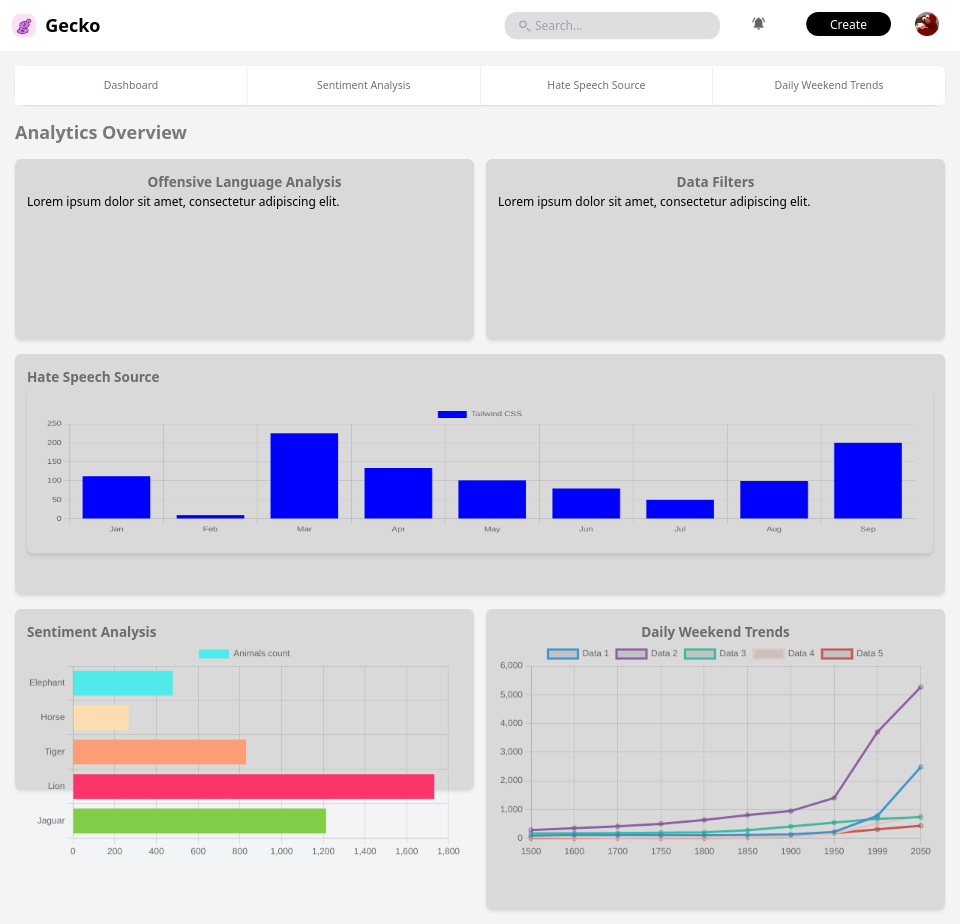
Repository: theamgri/thesis-website-nextjs
Page: website.html
The author's editor kept a copy of each file at every save. The page is drawn from the files as they stood at one save, then again after the next save.
The browser window is 1280 px wide. The pictures show the whole page, at 75% of full size.

Above is the page before, as saved 2023-10-04 08:23:06.

### website.html
<!DOCTYPE html>
<html lang="en">
<head>
    <meta charset="UTF-8">
    <meta name="viewport" content="width=device-width, initial-scale=1.0">
    <title>Gecko</title>
    <link rel="icon" type="image/x-icon" href="/images/icon.png">
    <link href="https://cdn.jsdelivr.net/npm/tailwindcss@2.2.19/dist/tailwind.min.css" rel="stylesheet">


</head>
<body class="bg-gray-100">

<nav class="bg-white drop-shadow-2xl border-gray-200 dark:bg-gray-900">
    <div class="flex flex-wrap items-center justify-between mx-auto p-4">
      <a href="." class="flex items-center">
          <img src="images/icon.png" class="h-8 mr-3 rounded-xl" alt="Logo" />
          <span class="self-center text-2xl font-semibold whitespace-nowrap dark:text-white">Gecko</span>
      </a>
      <button data-collapse-toggle="navbar-default" type="button" class="inline-flex items-center p-2 w-10 h-10 justify-center text-sm text-gray-500 rounded-lg md:hidden hover:bg-gray-100 focus:outline-none focus:ring-2 focus:ring-gray-200 dark:text-gray-400 dark:hover:bg-gray-700 dark:focus:ring-gray-600" aria-controls="navbar-default" aria-expanded="false">
          <span class="sr-only">Open main menu</span>
          <svg class="w-5 h-5" aria-hidden="true" xmlns="http://www.w3.org/2000/svg" fill="none" viewBox="0 0 17 14">
              <path stroke="currentColor" stroke-linecap="round" stroke-linejoin="round" stroke-width="2" d="M1 1h15M1 7h15M1 13h15"/>
          </svg>
      </button>
      <div class="hidden w-full md:block md:w-auto drop-shadow-2xl" id="navbar-default">
        <ul class="font-medium flex flex-col p-4 md:p-0 mt-4 border border-gray-100 rounded-lg bg-gray-50 md:flex-row md:space-x-8 md:mt-0 md:border-0 md:bg-white dark:bg-gray-800 md:dark:bg-gray-900 dark:border-gray-700">
            <li>
                <div class="relative">
                    <input
                        type="text"
                        placeholder="Search..."
                        class="block w-full py-2 pl-10 pr-4 leading-5 rounded-2xl shadow-sm focus:ring focus:ring-blue-200 border-gray-300" style="background-color: #DEDEDE;"
                    />
                    <div class="absolute inset-y-0 left-0 pl-4 flex items-center pointer-events-none">
                        <svg
                            class="w-5 h-5 text-gray-400"
                            fill="none"
                            stroke="currentColor"
                            viewBox="0 0 24 24"
                            xmlns="http://www.w3.org/2000/svg"
                        >
                            <path
                                stroke-linecap="round"
                                stroke-linejoin="round"
                                stroke-width="2"
                                d="M21 21l-4.35-4.35"
                            />
                            <path
                                stroke-linecap="round"
                                stroke-linejoin="round"
                                stroke-width="2"
                                d="M15 10a5 5 0 11-10 0 5 5 0 0110 0z"
                            />
                        </svg>
                    </div>
                </div>

              </li>
            <li>
              <img src="images/bellbutton.png" class="h-8 mr-3 rounded-xl" alt="Notification Bell" />
          </li>
          <li>
            <button class="bg-black drop-shadow-2xl hover:bg-blue-700 text-white font-normal py-1 px-8 rounded-full">
              Create
            </button>
          </li>
          <li>
            <a href="your-link-here">
                <img src="images/user.jpg" class="h-8 mr-3 rounded-full" alt="Notification Bell" />
            </a>
        </li>


        </ul>
      </div>
    </div>
  </nav>
<!-- //SIDE NAVBAR -->


<div class="sm:hidden">
  <label for="tabs" class="sr-only">Select your country</label>
  <select id="tabs" class="bg-gray-50 border border-gray-300 text-gray-900 text-sm rounded-lg focus:ring-blue-500 focus:border-blue-500 block w-full p-2.5 dark:bg-gray-700 dark:border-gray-600 dark:placeholder-gray-400 dark:text-white dark:focus:ring-blue-500 dark:focus:border-blue-500">
      <option>Profile</option>
      <option>Canada</option>
      <option>France</option>
      <option>Germany</option>
  </select>
</div>
<ul class="m-5 rounded-2xl drop-shadow-xl hidden text-sm font-medium text-center text-gray-500 divide-x divide-gray-200 rounded-lg shadow sm:flex dark:divide-gray-700 dark:text-gray-400">
  <li class="w-full">
      <a href="#" class="inline-block w-full p-4 bg-white hover:text-gray-700 hover:bg-gray-50 focus:ring-4 focus:ring-blue-300 focus:outline-none dark:hover:text-white dark:bg-gray-800 dark:hover:bg-gray-700" aria-current="page">Dashboard</a>
  </li>
  <li class="w-full">
      <a href="#" class="inline-block w-full p-4 bg-white hover:text-gray-700 hover:bg-gray-50 focus:ring-4 focus:ring-blue-300 focus:outline-none dark:hover:text-white dark:bg-gray-800 dark:hover:bg-gray-700">Sentiment Analysis</a>
  </li>
  <li class="w-full">
      <a href="#" class="inline-block w-full p-4 bg-white hover:text-gray-700 hover:bg-gray-50 focus:ring-4 focus:ring-blue-300 focus:outline-none dark:hover:text-white dark:bg-gray-800 dark:hover:bg-gray-700">Hate Speech Source</a>
  </li>
  <li class="w-full">
      <a href="#" class="inline-block w-full p-4 bg-white rounded-r-lg hover:text-gray-700 hover:bg-gray-50 focus:ring-4 focus:outline-none focus:ring-blue-300 dark:hover:text-white dark:bg-gray-800 dark:hover:bg-gray-700">Daily Weekend Trends</a>
  </li>

</ul>



  <!-- <div class="mx-auto w-3/5 overflow-hidden">
    <canvas
      data-te-chart="bar"
      data-te-dataset-label="Traffic"
      data-te-labels="['Monday', 'Tuesday' , 'Wednesday' , 'Thursday' , 'Friday' , 'Saturday' , 'Sunday ']"
      data-te-dataset-data="[2112, 2343, 2545, 3423, 2365, 1985, 987]">
    </canvas>
  </div> -->

  <div class="ml-5 text-left font-bold text-2xl opacity-50">
    <h1>Analytics Overview</h1>
  </div>


  <div class="container mx-auto mt-0">
    <div class="m-5 grid grid-cols-1 md:grid-cols-2 lg:grid-cols-2 xl:grid-cols-2 gap-4">
        <!-- Container 1 -->
        <div class="bg-white p-4 rounded-lg shadow-md" style="background-color: #D9D9D9; height: 15rem;">
            <h2 class="text-lg text-center opacity-50 font-semibold" >Offensive Language Analysis</h2>
            <p>Lorem ipsum dolor sit amet, consectetur adipiscing elit.</p>
        </div>

        <!-- Container 2 -->
        <div class="bg-white p-4 rounded-lg shadow-md"  style="background-color: #D9D9D9; height: 15rem;">
            <h2 class="text-lg text-center opacity-50 font-semibold">Data Filters</h2>
            <p>Lorem ipsum dolor sit amet, consectetur adipiscing elit.</p>
        </div>
    </div>
    <div class="m-5 grid grid-cols-1 md:grid-cols-1 lg:grid-cols-1 xl:grid-cols-1 gap-4 mt-4">
      <!-- Container 3 -->
      <div class="bg-white p-4 rounded-lg shadow-md" style="background-color: #D9D9D9; height: 20rem;">
          <h2 class="text-lg opacity-50 font-semibold">Hate Speech Source</h2>

          <div class="overflow-hidden rounded-lg shadow-md" style="max-height: 100%;">
              <!-- Set max-height to ensure the chart fits within the container -->
              <canvas class="p-6" id="barChart" style="max-height: 100%;"></canvas>
          </div>
      </div>
      <script src="https://cdnjs.cloudflare.com/ajax/libs/Chart.js/3.9.1/chart.min.js"
          integrity="sha512-ElRFoEQdI5Ht6kZvyzXhYG9NqjtkmlkfYk0wr6wHxU9JEHakS7UJZNeml5ALk+8IKlU6jDgMabC3vkumRokgJA=="
          crossorigin="anonymous" referrerpolicy="no-referrer"></script>
      <script>
          const labels = ['Jan', 'Feb', 'Mar', 'Apr', 'May', 'Jun', 'Jul', 'Aug', 'Sep'];
        const data = {
            labels: labels,
            datasets: [
                {
                    label: "Tailwind CSS",
                    backgroundColor: "blue",
                    borderColor: 'rgb(0, 0, 0)',
                    data: [112, 10, 225, 134, 101, 80, 50, 100, 200],
                    fill: false,
                },
            ],
        };

        const configChart = {
            type: "bar",
            data,
            options: {},
        };

        var chartLine = new Chart(
            document.getElementById("barChart"),
            configChart
        );
      </script>
  </div>


    <div class="m-5 grid grid-cols-1 md:grid-cols-2 lg:grid-cols-2 xl:grid-cols-2 gap-4 mt-4">
    <!-- Container 4 -->
    <div class="bg-white p-4 rounded-lg shadow-md" style="background-color: #D9D9D9; height: 15rem;">
        <h2 class="text-lg tex-center opacity-50 font-semibold">Sentiment Analysis</h2>
        <div>
          <canvas id="horizontal-bar-chart"></canvas>
      </div>

      <script>
         new Chart(document.getElementById("horizontal-bar-chart"), {
            type: 'bar',
            data: {
                labels: ["Elephant", "Horse", "Tiger", "Lion", "Jaguar"],
                datasets: [{
                    label: "Animals count",
                    backgroundColor: ["#51EAEA", "#FCDDB0",
                        "#FF9D76", "#FB3569", "#82CD47"
                    ],
                    data: [478, 267, 829, 1732, 1213]
                }]
            },
            options: {
                indexAxis: 'y',
                legend: {
                    display: false
                },
                title: {
                    display: true,
                    text: 'Chart JS Horizontal Bar Chart Example'
                }
            }
        });
      </script>

    </div>

    <!-- Container 5 -->
    <div class="bg-white p-4 rounded-lg shadow-md" style="background-color: #D9D9D9; height: 25rem;">
        <h2 class="text-lg text-center opacity-50 font-semibold">Daily Weekend Trends</h2>


            <canvas id="line-chart" width="800" height="400"></canvas>

<script>
new Chart(document.getElementById("line-chart"), {
  type: 'line',
  data: {
    labels: [1500,1600,1700,1750,1800,1850,1900,1950,1999,2050],
    datasets: [{
        data: [86,114,106,106,107,111,133,221,783,2478],
        label: "Data 1",
        borderColor: "#3e95cd",
        fill: false
      }, {
        data: [282,350,411,502,635,809,947,1402,3700,5267],
        label: "Data 2",
        borderColor: "#8e5ea2",
        fill: false
      }, {
        data: [168,170,178,190,203,276,408,547,675,734],
        label: "Data 3",
        borderColor: "#3cba9f",
        fill: false
      }, {
        data: [40,20,10,16,24,38,74,167,508,784],
        label: "Data 4",
        borderColor: "#e8c3b9",
        fill: false
      }, {
        data: [6,3,2,2,7,26,82,172,312,433],
        label: "Data 5",
        borderColor: "#c45850",
        fill: false
      }
    ]
  },
  options: {
    title: {
      display: true,
      text: 'World population per region (in millions)'
    }
  }
});

</script>

    </div>

</div>


</body>
</html>

After the next save:
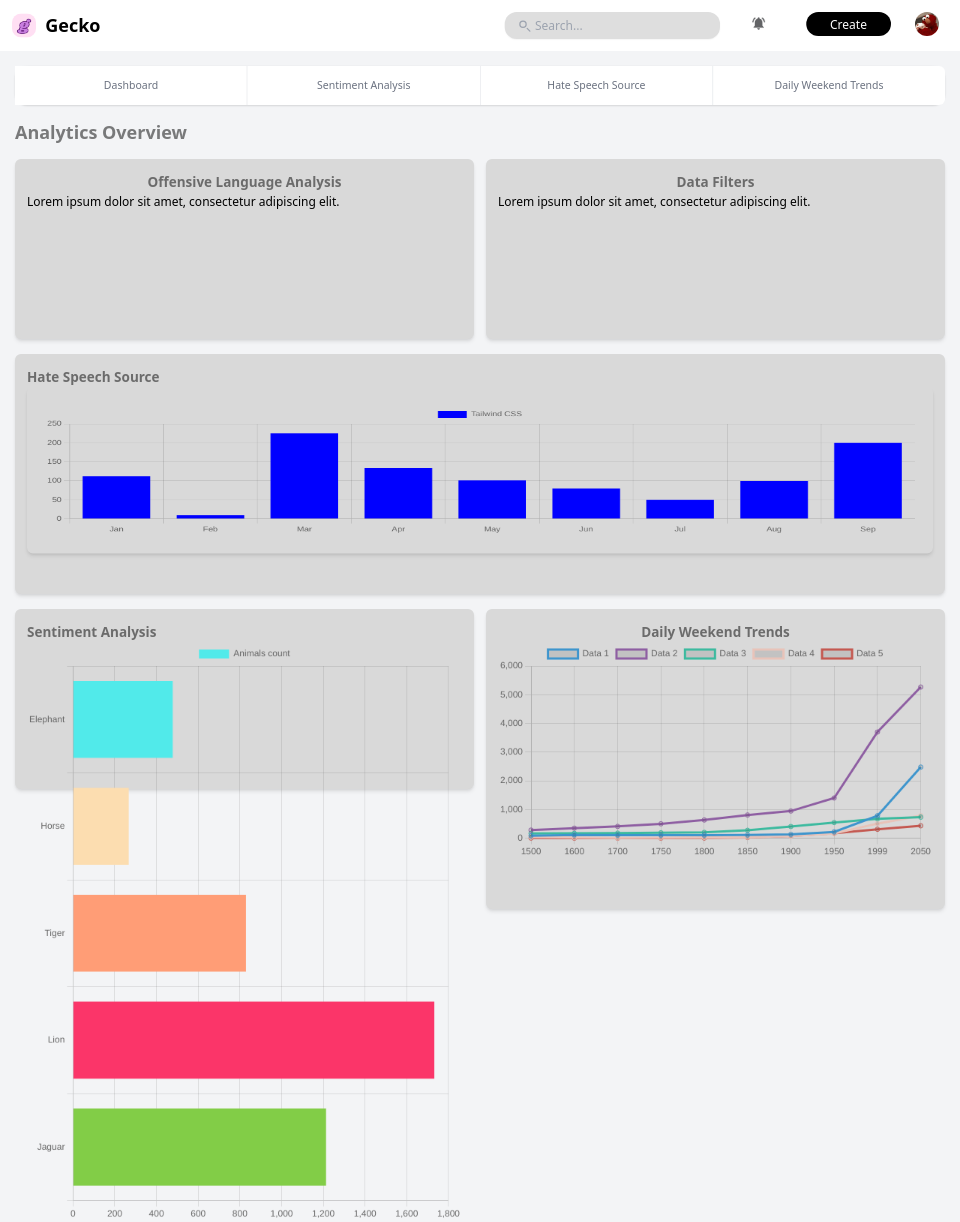
Saved 2 min 14 s later.
--- a/website.html
+++ b/website.html
@@ -181,7 +181,7 @@
     <div class="bg-white p-4 rounded-lg shadow-md" style="background-color: #D9D9D9; height: 15rem;">
         <h2 class="text-lg tex-center opacity-50 font-semibold">Sentiment Analysis</h2>
         <div>
-          <canvas id="horizontal-bar-chart"></canvas>
+          <canvas id="horizontal-bar-chart" height="400"></canvas>
       </div>
 
       <script>

After the save that followed:
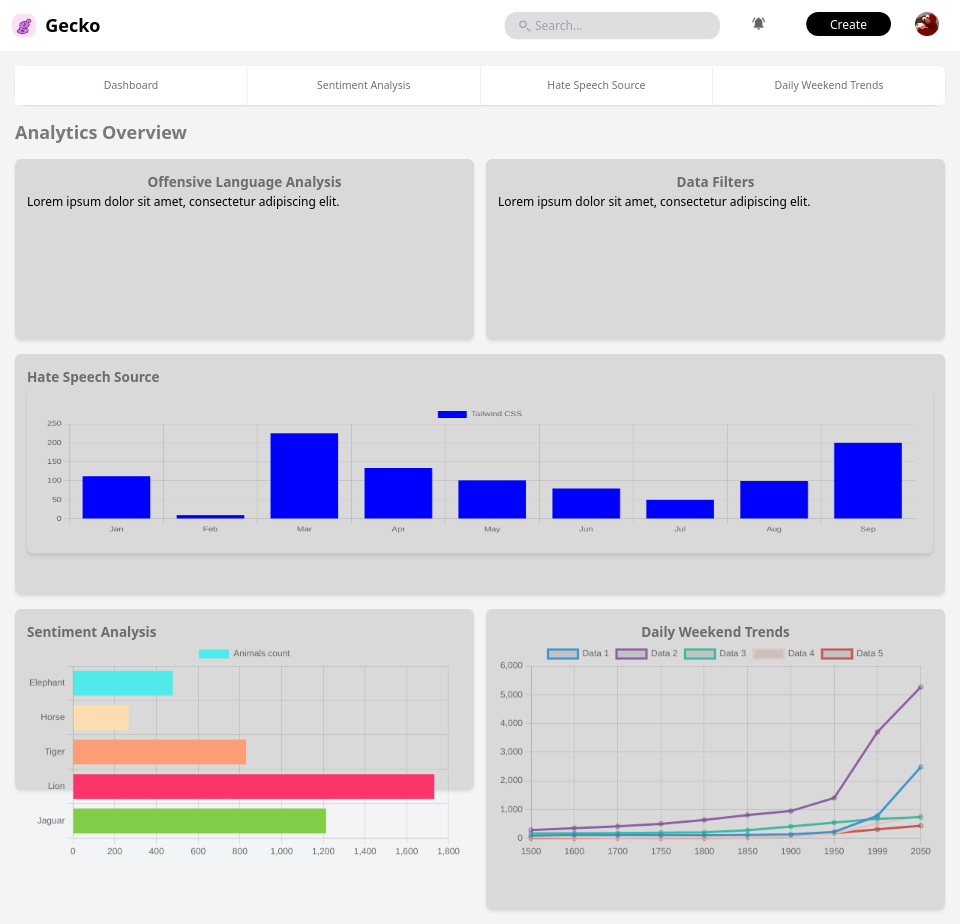
Saved 6 s later.
--- a/website.html
+++ b/website.html
@@ -181,7 +181,7 @@
     <div class="bg-white p-4 rounded-lg shadow-md" style="background-color: #D9D9D9; height: 15rem;">
         <h2 class="text-lg tex-center opacity-50 font-semibold">Sentiment Analysis</h2>
         <div>
-          <canvas id="horizontal-bar-chart" height="400"></canvas>
+          <canvas id="horizontal-bar-chart" width="800" height="400"></canvas>
       </div>
 
       <script>
